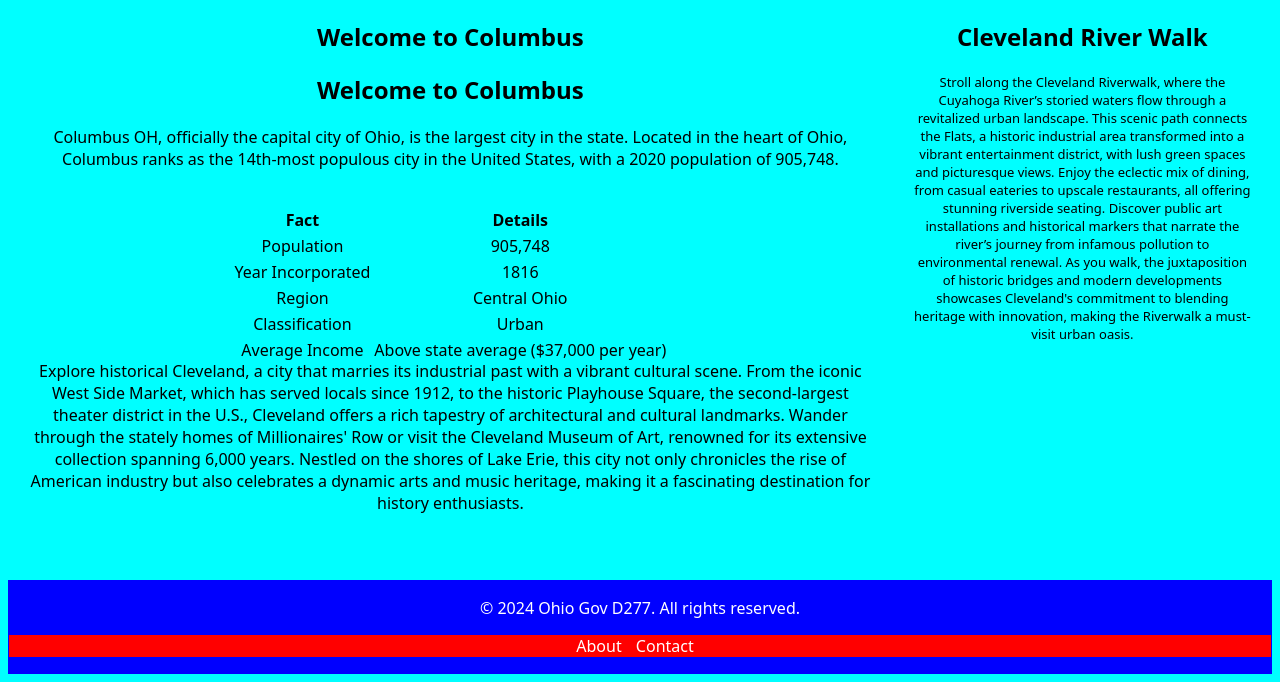
Repository: MikeeBuilds/FEWD-task1
Page: columbus.html
These files come from the project's save history. The page is drawn as it stood at one moment and after the next save; the edit follows.
The browser window is 1280 px wide. The pictures show the part of the page from y = 523 to 1205 px (the page is 1205 px tall).
A picture or video elsewhere on the page could not be fetched, so the positions and the page height are approximate.

Above is the page before, as saved 2024-07-02 16:50:02.

After the next save:
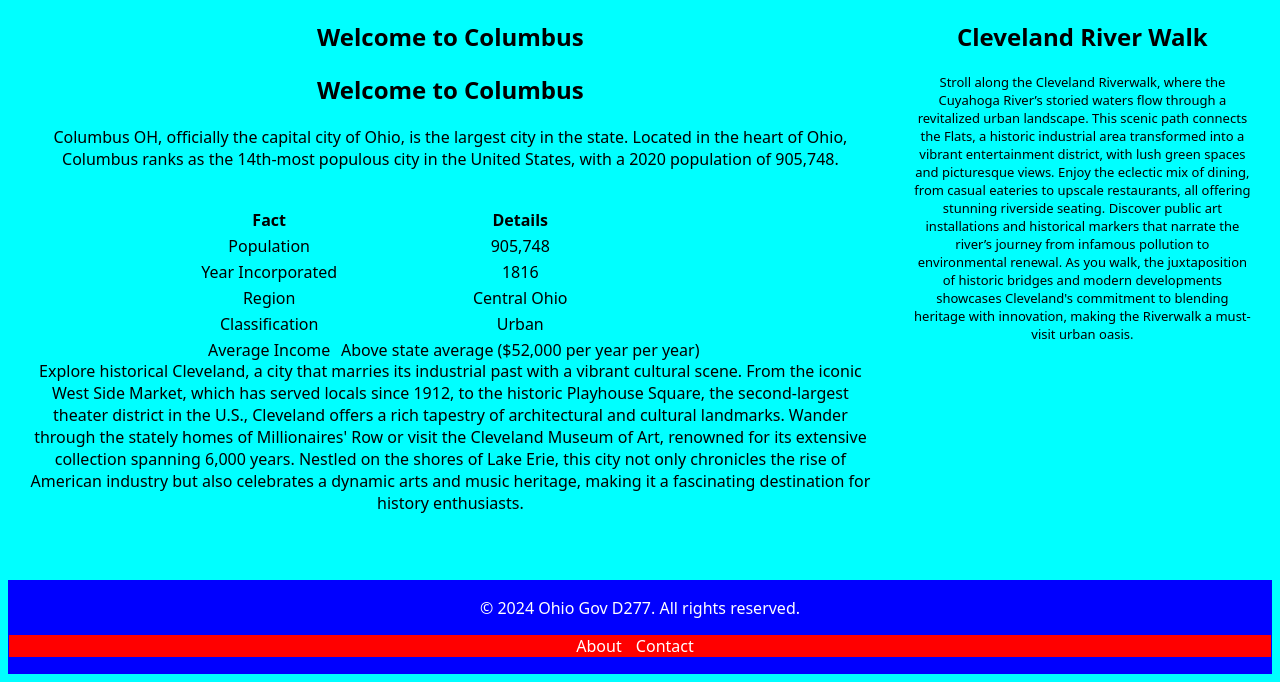
Saved 14 s later.
--- a/columbus.html
+++ b/columbus.html
@@ -55,7 +55,7 @@
             </tr>
             <tr>
                 <td>Average Income</td>
-                <td>Above state average ($37,000 per year)</td>
+                <td>Above state average ($52,000 per year per year)</td>
             </tr>
         </table>
 

After the save that followed:
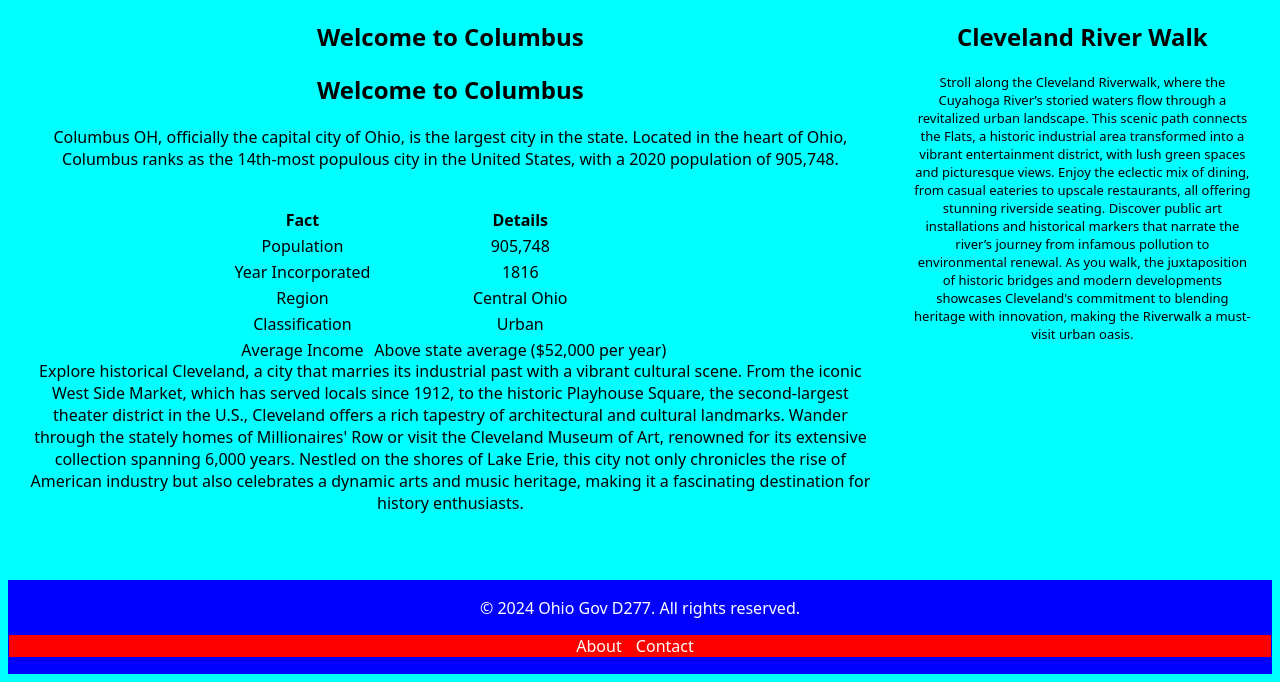
Saved 4 s later.
--- a/columbus.html
+++ b/columbus.html
@@ -55,7 +55,7 @@
             </tr>
             <tr>
                 <td>Average Income</td>
-                <td>Above state average ($52,000 per year per year)</td>
+                <td>Above state average ($52,000 per year)</td>
             </tr>
         </table>
 
